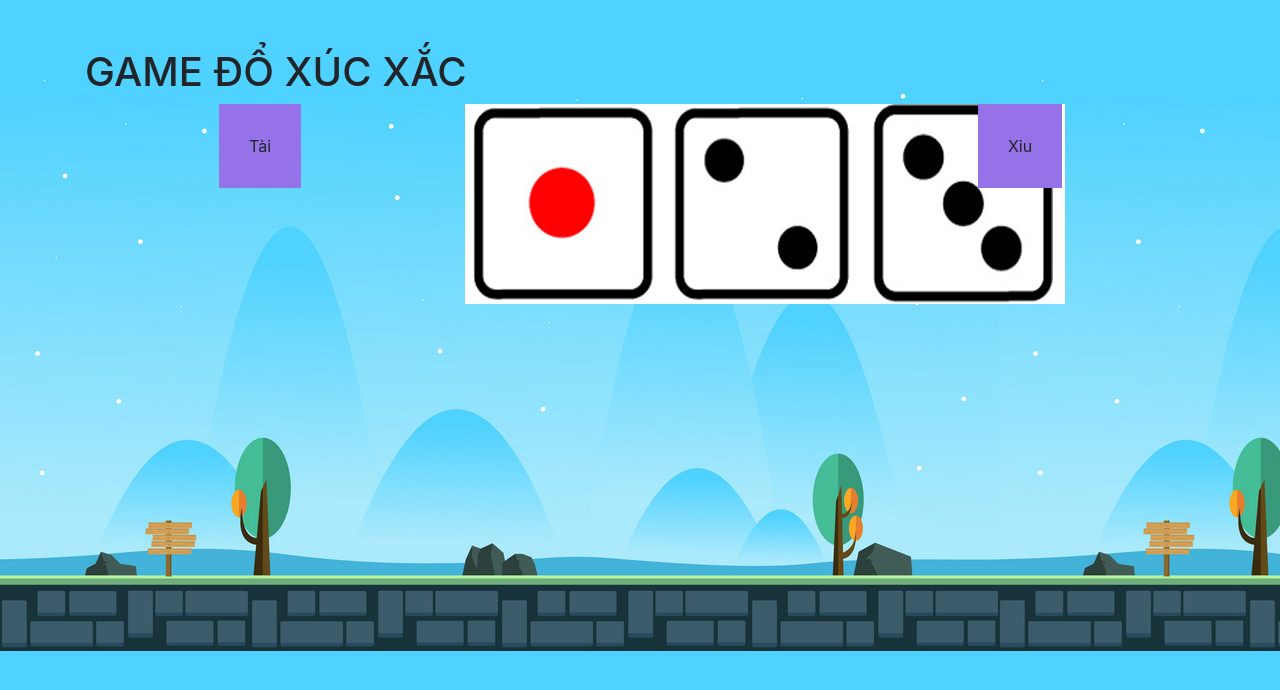
Repository: dovanthao2404/game-xuc-sac
Page: /
The author's editor kept a copy of each file at every save. The page is drawn from the files as they stood at one save, then again after the next save.
The browser window is 1280 px wide. The pictures show the whole page.
The project was rebuilt for these pictures with package versions that can differ from the ones it lists, and the page was loaded fresh each time.

Above is the page before, as saved 2021-09-11 13:07:20.

After the next save:
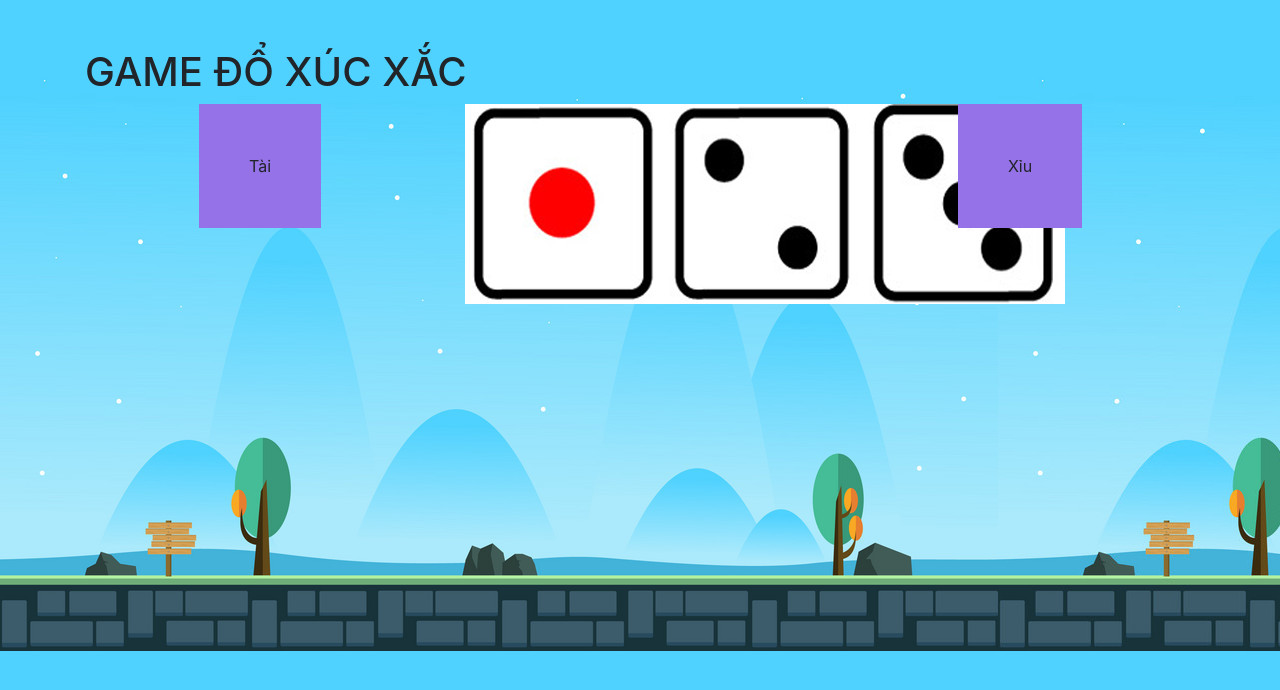
Saved 7 s later.
--- a/public/css/style.css
+++ b/public/css/style.css
@@ -11,6 +11,6 @@
 
 .type span{
   display: block;
-  padding: 30px;
+  padding: 50px;
   background: rgb(149, 114, 231);
 }
